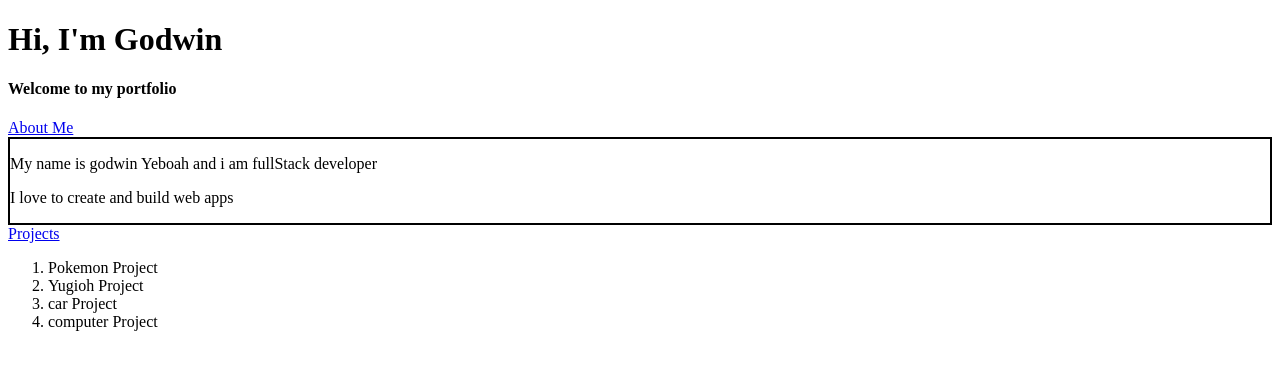
Repository: GodwinYeboah1/Java-Assignment-
Page: SpringIntro/springProjects/portfolio/src/main/resources/static/index.html
These files come from the project's save history. The page is drawn as it stood at one moment and after the next save; the edit follows.
The browser window is 1280 px wide. The pictures show the whole page.

Above is the page before, as saved 2018-03-09 20:41:33.

### SpringIntro/springProjects/portfolio/src/main/resources/static/index.html
<!DOCTYPE html>
<html>
<head>
	<title></title>
	<link rel="stylesheet" type="text/css" href="css/style.css">

</head>
<body>
		<h1>Hi, I'm Godwin</h1>
		<h4>Welcome to my portfolio</h4>

		<div>
		<a href="/aboutMe"> About Me</a>

			<div id="aboutMe">
			   <p> My name is godwin Yeboah and i am  fullStack developer</p>
			   <p> I love to create  and build web apps </p>
			</div>

		</div>
		<div>
		<a href="/project"> Projects</a>

			<div id="projects">

				<ol>
					<li> Pokemon Project </li>
					<li> Yugioh Project </li>
					<li> car Project </li>
					<li> computer Project </li>
				</ol>

			</div>

		</div>

</body>
</html>

### SpringIntro/springProjects/portfolio/src/main/resources/static/css/style.css
body{
	backgorund : blue;
}
#aboutMe{
	border: 2px solid black;
}

After the next save:
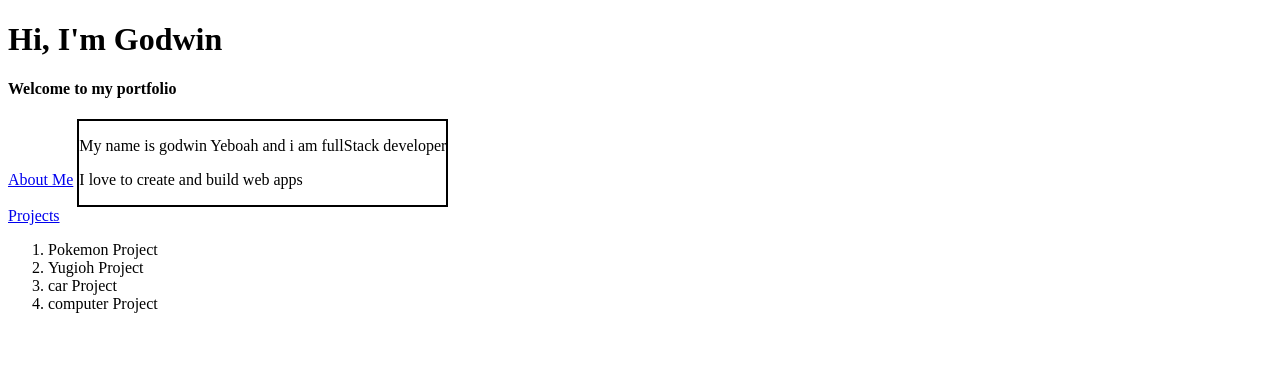
Saved 39 s later.
--- a/SpringIntro/springProjects/portfolio/src/main/resources/static/css/style.css
+++ b/SpringIntro/springProjects/portfolio/src/main/resources/static/css/style.css
@@ -3,4 +3,5 @@ body{
 }
 #aboutMe{
 	border: 2px solid black;
+	display: inline-block;
 }
